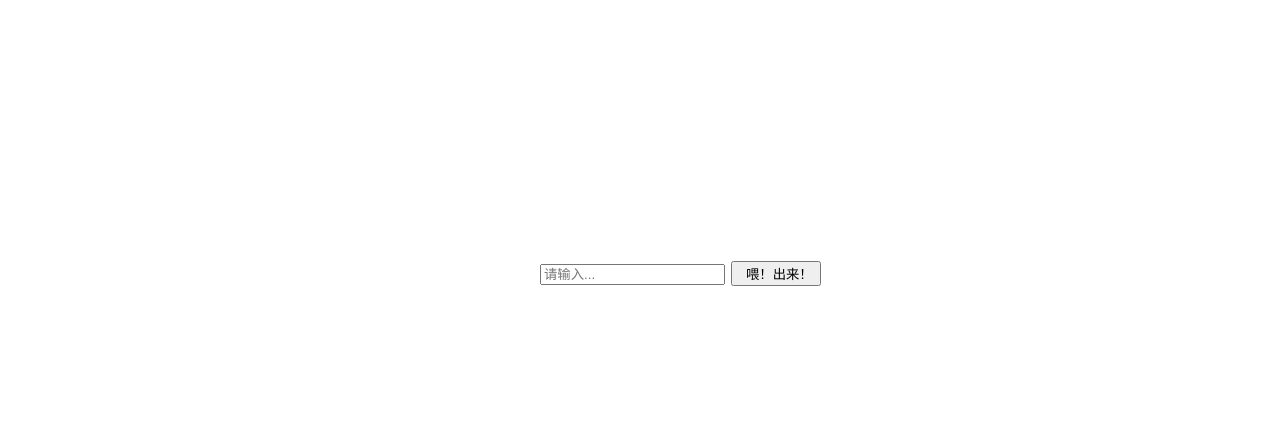
Repository: StarunneR/one-page
Page: index.html
The author's editor kept a copy of each file at every save. The page is drawn from the files as they stood at one save, then again after the next save.
The browser window is 1280 px wide. The pictures show the whole page.

Above is the page before, as saved 2022-01-08 18:47:55.

### index.html
<!doctype html>
<html lang="zh">

<head>
    <meta charset="utf-8" />
    <title>浊池留言板</title>
    <script src="waline/waline.js"></script>
    <link rel="shortcut icon" href="./favicon.ico" />
    <link href="static/css/main.css" rel="stylesheet" type="text/css" />
</head>

<body>
    <div class="front_page">
        <input type="text" placeholder="请输入..." name="" id="page" value="" />
        <button onclick="visit()">&nbsp;&nbsp;喂！出来！</button>
        <script>
            function visit() {
                window.location.href = document.getElementById("page").value;
            };
        </script>
    </div>
</body>

</html>

### static/css/main.css
body {
  margin: auto;
  padding: auto;
  font-family: -apple-system, BlinkMacSystemFont, "Segoe UI", "Roboto", "Oxygen",
    "Ubuntu", "Cantarell", "Fira Sans", "Droid Sans", "Helvetica Neue",
    sans-serif;
  -webkit-font-smoothing: antialiased;
  -moz-osx-font-smoothing: grayscale;
}
a {
  text-decoration: none;
  color: #000;
}
.app {
  background: #c0edc6;
  max-width: 720px;
  margin: 0 auto;
  padding-bottom: 2rem;
}
.app__header {
  font-size: 1.2rem;
  color: #2e352e;
  border-top: 1px solid transparent;
  border-bottom: 1px solid transparent;
  box-sizing: border-box;
}
html {
  font-size: 14px;
}
@media screen and (min-width: 321px) and (max-width: 375px) {
  html {
    font-size: 14px;
  }
body {
    text-align: center;
    min-height: 0px;
}

}
@media screen and (min-width: 376px) and (max-width: 414px) {
  html {
    font-size: 15px;
  }
}
@media screen and (min-width: 415px) and (max-width: 639px) {
  html {
    font-size: 16px;
  }
}
@media screen and (min-width: 640px) and (max-width: 719px) {
  html {
    font-size: 17px;
  }
}
@media screen and (min-width: 720px) and (max-width: 749px) {
  html {
    font-size: 18px;
  }
}
@media screen and (min-width: 750px) and (max-width: 799px) {
  html {
    font-size: 20px;
  }
}
@media screen and (min-width: 800px) {
  html {
    font-size: 20px;
  }
}
.front_page {
  position: absolute;
  left:50%;
  top:50%;
  margin-left:-100px;
  margin-top:-100px;
}

Loaded but not shown: waline/waline.js (library)

After the next save:
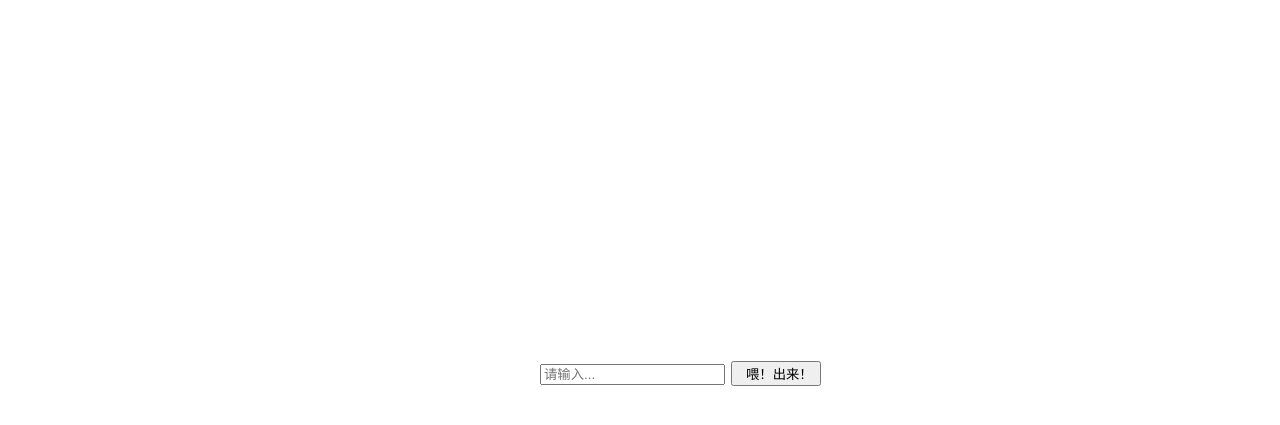
Saved 20 s later.
--- a/static/css/main.css
+++ b/static/css/main.css
@@ -72,5 +72,4 @@ body {
   left:50%;
   top:50%;
   margin-left:-100px;
-  margin-top:-100px;
 }
